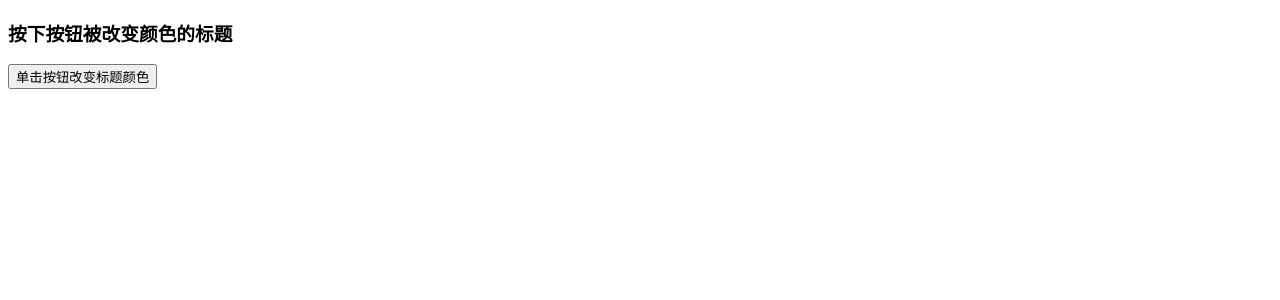
Repository: jarvanstack/vscode
Page: JavaScript/自定义函数然后onclick调用.html
The author's editor kept a copy of each file at every save. The page is drawn from the files as they stood at one save, then again after the next save.
The browser window is 1280 px wide. The pictures show the whole page.

Above is the page before, as saved 2020-06-13 11:39:32.
Console error: SyntaxError: Unexpected token '}'

After the next save:
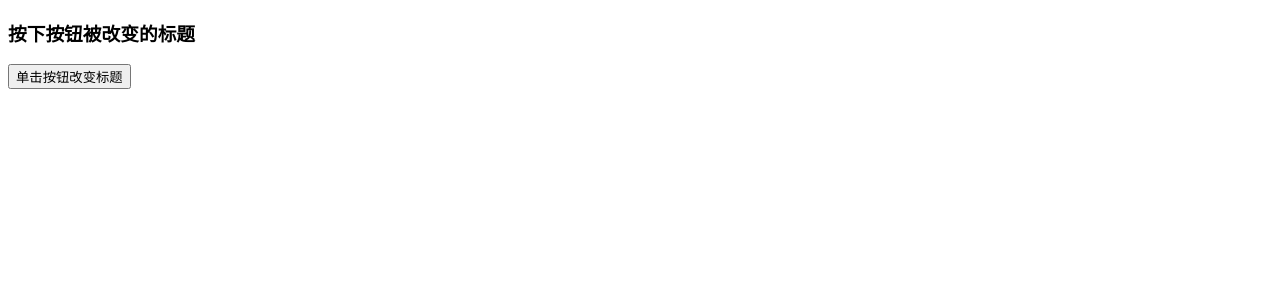
The error is gone.
Saved 39 s later.
--- a/JavaScript/自定义函数然后onclick调用.html
+++ b/JavaScript/自定义函数然后onclick调用.html
@@ -6,13 +6,13 @@
     <title>自定义函数然后调用</title>
 </head>
 <body>
-    <h3 id="changeColor">按下按钮被改变颜色的标题</h3>
-    <button type="button" onclick="changeColor()">单击按钮改变标题颜色</button>
+    <h3 id="change">按下按钮被改变的标题</h3>
+    <button type="button" onclick="change()">单击按钮改变标题</button>
     <script>
-        function changeColor()
+        function change()
         {
-            var x = document.getElementById("changeColor");
-            x.innerHTML =
+            var x = document.getElementById("change");
+            x.innerHTML = ""
         }
     </script>
 </body>
